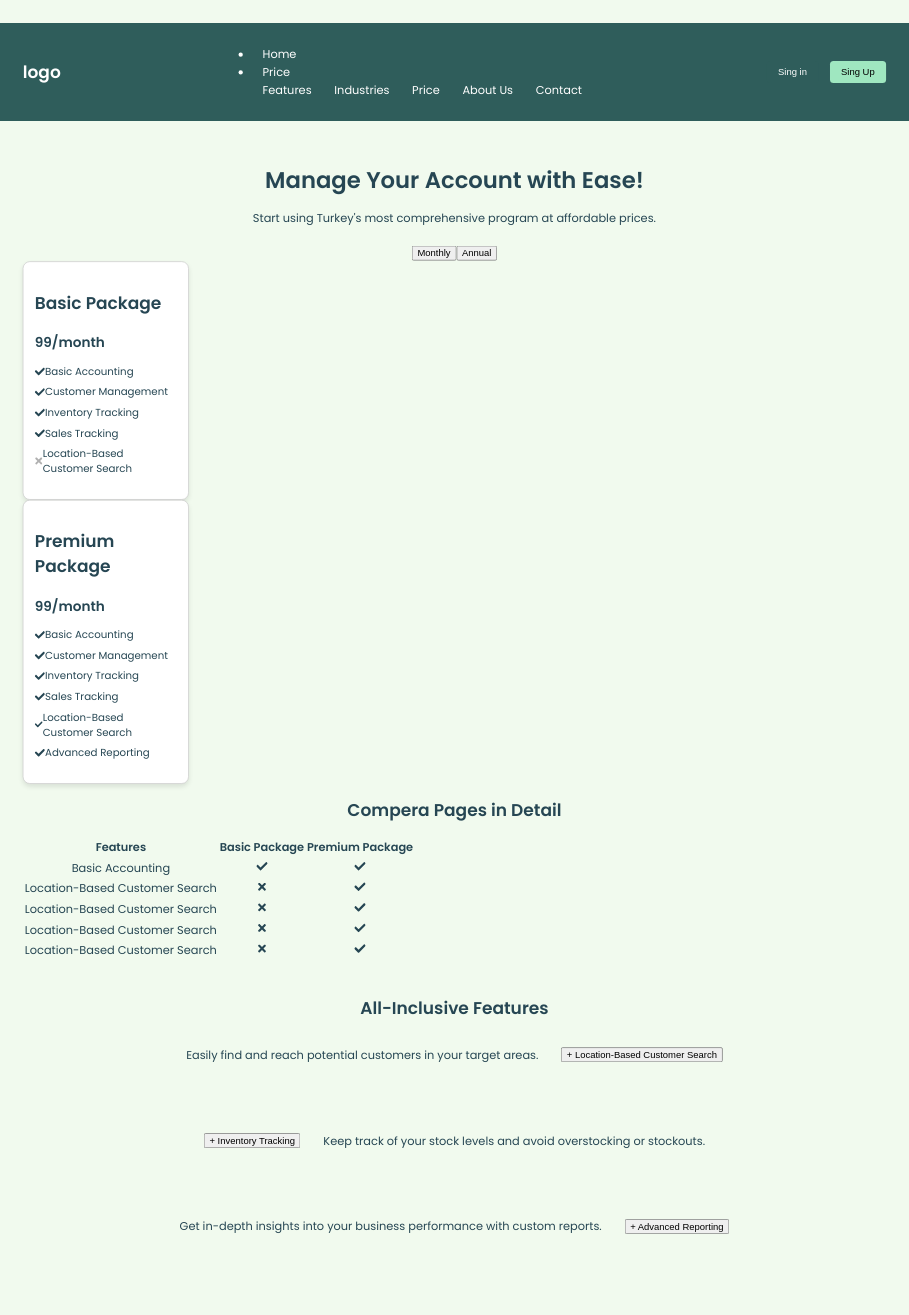
Repository: senolinanyasar/myrouteapplication
Page: /pricing
An editor plug-in stored every save of this project. The page is shown before and after the next save, followed by the edit.
The browser window is 1280 px wide. The pictures show the whole page, at 71% of full size.
The project was rebuilt for these pictures with package versions that can differ from the ones it lists, and the page was loaded fresh each time. Also part of the build but not shown: vite.config.js, src/components/TopBar.css, src/components/TopBar.js, src/components/HeroSection.css, src/components/HeroSection.js, src/components/FeaturesSection.js, src/components/PricingSection.css, src/components/PricingSection.js and 7 more.

Above is the page before, as saved 2024-11-15 20:45:16.

### src/index.css
@import url('https://fonts.googleapis.com/css2?family=Poppins:wght@400;600&display=swap');

body {
  font-family: 'Poppins', sans-serif;
  color: #264653;
  background-color: #f1faee;
  margin: 0;
  padding: 0;
  box-sizing: border-box;
}

code {
  font-family: source-code-pro, Menlo, Monaco, Consolas, 'Courier New',
    monospace;
}

### src/App.js
import React from 'react';
import { BrowserRouter as Router, Route, Routes } from 'react-router-dom';
import Header from './components/Header';
import HomePage from './components/HomePage';
import PricingPage from './components/PricingPage';


function App() {
  return (
    <Router>
      <Header />
      <Routes>
        <Route path='/' element={<HomePage />} />
        <Route path='/pricing' element={<PricingPage />} />
      </Routes>
    </Router>

  );
}

export default App;

### src/components/Header.js
// Header.js
import React from 'react';
import './Header.css';
import { Link } from 'react-router-dom';

const Header = () => {
    return (
        <header className="header">
            <div className="header-logo">logo</div>
            <nav className="header-nav">
                <ul>
                    <li><Link to="/">Home</Link></li>
                    <li><Link to="/pricing">Price</Link></li>
                    <a href="#features">Features</a>
                    <a href="#industries">Industries</a>
                    <a href="./PricingPage.js">Price</a>
                    <a href="#about">About Us</a>
                    <a href='#contact'>Contact</a>
                </ul>

            </nav>
            <div className="header-buttons">
                <button className="login-button">Sing in</button>
                <button className="register-button">Sing Up</button>
            </div>
        </header>
    );
};


export default Header;

### src/components/PricingPage.js
// PricingPage.js

import React, { useState } from "react";
import './PricingPage.css';
import { FaCheck, FaTimes } from "react-icons/fa";


const PricingPage = () => {
    const [isAnnual, setIsAnnual] = useState(false);


    return (
        <section className="pricing-page">
            <div className="pricing-header">
                <h1>Manage Your Account with Ease!</h1>
                <p>Start using Turkey's most comprehensive program at affordable prices.</p>
                <div className="toggle-button">
                    <button onClick={() => setIsAnnual(false)} className={!isAnnual ? 'active' : ''}>Monthly</button>
                    <button onClick={() => setIsAnnual(true)} className={isAnnual ? 'active' : ''}>Annual</button>
                </div>
            </div>

            <div className="price-plans">
                <div className="plan basic">
                    <h3>Basic Package</h3>
                    <p className="price">{isAnnual ? ' 999/year' : '99/month'}</p>
                    <ul>
                        <li><FaCheck /> Basic Accounting</li>
                        <li><FaCheck /> Customer Management</li>
                        <li><FaCheck /> Inventory Tracking</li>
                        <li><FaCheck /> Sales Tracking</li>
                        <li><FaTimes className="not-included" />Location-Based Customer Search</li>
                    </ul>
                </div>
                <div className="plan basic">
                    <h3>Premium Package</h3>
                    <p className="price">{isAnnual ? '2,799/year' : '99/month'}</p>
                    <ul>
                        <li><FaCheck /> Basic Accounting</li>
                        <li><FaCheck /> Customer Management</li>
                        <li><FaCheck /> Inventory Tracking</li>
                        <li><FaCheck /> Sales Tracking</li>
                        <li><FaCheck /> Location-Based Customer Search</li>
                        <li><FaCheck /> Advanced Reporting</li>
                    </ul>
                </div>
            </div>

            <div className="comparison-table">
                <h2>Compera Pages in Detail</h2>
                <table>
                    <thead>
                        <tr>
                            <th>Features</th>
                            <th>Basic Package</th>
                            <th>Premium Package</th>
                        </tr>
                    </thead>
                    <tbody>
                        <tr>
                            <td>Basic Accounting</td>
                            <td><FaCheck /></td>
                            <td><FaCheck /></td>
                        </tr>
                        <tr>
                            <td>Location-Based Customer Search</td>
                            <td><FaTimes className="not-included"/></td>
                            <td><FaCheck /></td>
                        </tr>
                        <tr>
                            <td>Location-Based Customer Search</td>
                            <td><FaTimes className="not-included"/></td>
                            <td><FaCheck /></td>
                        </tr>
                        <tr>
                            <td>Location-Based Customer Search</td>
                            <td><FaTimes className="not-included"/></td>
                            <td><FaCheck /></td>
                        </tr>
                        <tr>
                            <td>Location-Based Customer Search</td>
                            <td><FaTimes className="not-included"/></td>
                            <td><FaCheck /></td>
                        </tr>
                    </tbody>
                </table>
            </div>

            <div className="features-expand">
                <h2> All-Inclusive Features</h2>
                <div className="feature">
                    <button className="feature-toggle">+ Location-Based Customer Search</button>
                    <p className="feature-description">Easily find and reach potential customers in your target areas.</p>
                </div>
                <div className="feature">
                    <button className="feature-toggle">+  Inventory Tracking</button>
                    <p className="feature-description">Keep track of your stock levels and avoid overstocking or stockouts.</p>
                </div>
                <div className="feature">
                    <button className="feature-toggle">+ Advanced Reporting</button>
                    <p className="feature-description">Get in-depth insights into your business performance with custom reports.</p>
                </div>
            </div>
        </section>
    );

};

export default PricingPage;

### src/components/Header.css
/* Header.css */
.header{
    display: flex;
    justify-content: space-between;
    align-items: center;
    padding: 1rem 2rem;
    background-color: #2f5d5b;
    color: white;
    margin-top: 2rem;
    position: sticky;
    top: 2rem;
    z-index: 999;
}


.header-logo {
    font-size: 1.5rem;
    font-weight: bold;
}
.header-nav a{
    margin: 0 1rem;
    color: white;
    text-decoration: none;
}
.header-nav a:hover {
    color: #e9c46a;
  }

.header-buttons button{
    margin-left: 1rem;
    padding: 0.5rem 1rem;
    border: none;
    border-radius: 5px;
}

.login-button{
    background-color: #2f5d5b;
    color: white;
}

.register-button{
    background-color: #9fe7c0;
    color: black;
}

### src/components/PricingPage.css
/* PricingPage.css */

.pricing-page{
    padding: 2rem;
    text-align: center;
}

.pricing-header h1{
    font-size: 2rem;
    margin-bottom: 0.5rem;
}

.pricing-header p{
    margin-bottom: 1.5rem;
}

.toggle-buttons button{
    padding: 0.5rem 1rem;
    margin: 0 0.5rem;
    cursor: pointer;
    border: none;
    border-radius: 5px;
    background-color: #e0f7e7;
    transition: background-color 0.3s;
}
.toggle-buttons .active{
    background-color: #2a9d8f;
    color: white;
}

.pricing-plans{
    display: flex;
    justify-content: center;
    gap: 2rem;
    margin-top: 2rem;
}

.plan {
    border: 1px solid #ccc;
    border-radius: 10px;
    padding: 1rem;
    width: 200px;
    text-align: left;
    background-color: #ffffff;
    box-shadow: 0px 4px 8px rgba(0, 0, 0, 0.1);
}

.plan h3{
    font-size: 1.5rem;
}

.plan .price{
    font-size: 1.2rem;
    font-weight: bold;
    margin: 1rem 0;
}

.plan ul{
    list-style: none;
    padding: 0;
}

.plan li{
    display: flex;
    align-items: center;
    font-size: 0.9rem;
    margin: 0.5rem 0;
}

.plan .not-included{
    color: #b0b0b0;
}

.comprasion-table{
    margin-top: 3rem;
}

.comprasion-table table{
    width: 100%;
    border-collapse: collapse;
}

.comprasion-table th,
.comprasion-table td{
    padding: 1rem;
    border: 1px solid #ccc
}

.comprasion-table th{
    background-color: #f2f2f2;
}

.comprasion-table td{
    text-align: center;
}

.features-expand{
    margin-top: 3rem;
}

.feture{
    margin-top: 1rem;
}

.feture{
    margin-top: 1rem;
}

.feture-toggle{
    background: none;
    border: none;
    font-size: 1rem;
    font-weight: bold;
    color: #2a9d8f;
    cursor: pointer;
    display: block;
    text-align: left;
    padding: 0.5rem;
}

.feture-description{
    display: none;
    color: #6d6d6d;
    font-size: 0.9rem;
    margin-top: 0.5rem;
}

.feture-toggle:focus + .feture-description,
.feture-toggle:hover + .feture-description{
    display: block;
}

### src/components/FeaturesSection.css
/* FeaturesSection.css */
.features-section {
    padding: 4rem 2rem;
    text-align: center;
}

.features-title {
    font-size: 2rem;
    font-weight: 600;
    color: #264653;
    margin-bottom: 3rem;
    line-height: 1.2;
}



.feature {
    display: flex;
    align-items: center;
    justify-content: center;
    gap: 2rem;
    margin-bottom: 4rem;
    flex-direction: row;
}

.feature:nth-child(even) {
    flex-direction: row-reverse;
}

.feature-text {
    flex: 1;
    max-width: 500px;
    text-align: left;
}

.features h3 {
    font-size: 1.8rem;
    font-weight: 600;
    color: #264653;
    margin-bottom: 1rem;
}

.feature-text p {
    font-size: 1.1rem;
    color: #6d6d6d;
    margin-bottom: 1.5rem;
}

.cta-button {
    padding: 0.8rem 1.5rem;
    font-size: 1rem;
    color: #2f5d5b;
    background-color: #9fe7c0;
    border: none;
    border-radius: 5px;
    cursor: pointer;
    transition: background-color 0.3s ease;
    text-align: center;
}

.cta-button:hover {
    background-color: #c3f2d0;
}

.feature-image {
    flex: 1;
    max-width: 400px;
    height: auto;
}

.feature-image img {
    width: 100%;
    height: auto;
    object-fit: cover;
    border-radius: 10px;
}

Loaded but not shown: public/index.html (common file); src/index.js (common file); src/reportWebVitals.js (common file)

After the next save:
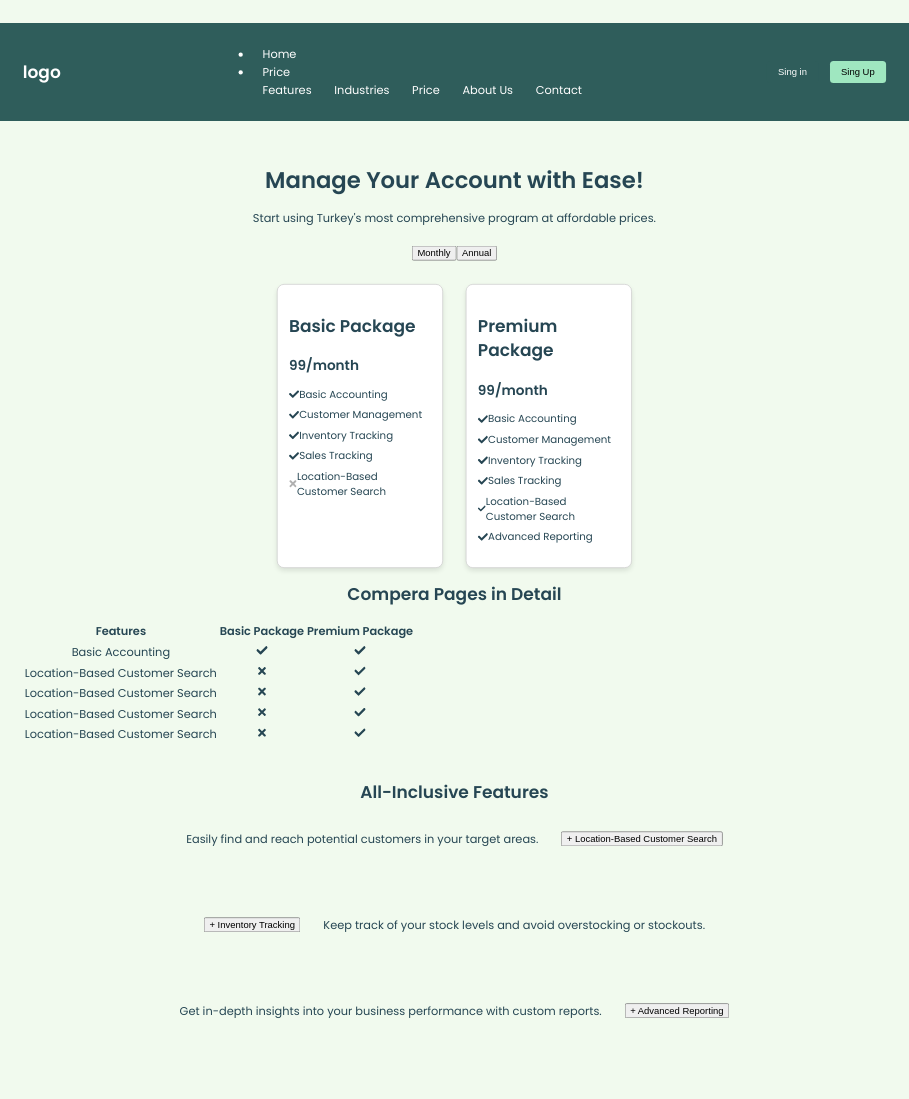
Saved 3 min 18 s later.
--- a/src/components/PricingPage.css
+++ b/src/components/PricingPage.css
@@ -28,7 +28,7 @@
     color: white;
 }
 
-.pricing-plans{
+.price-plans{
     display: flex;
     justify-content: center;
     gap: 2rem;
